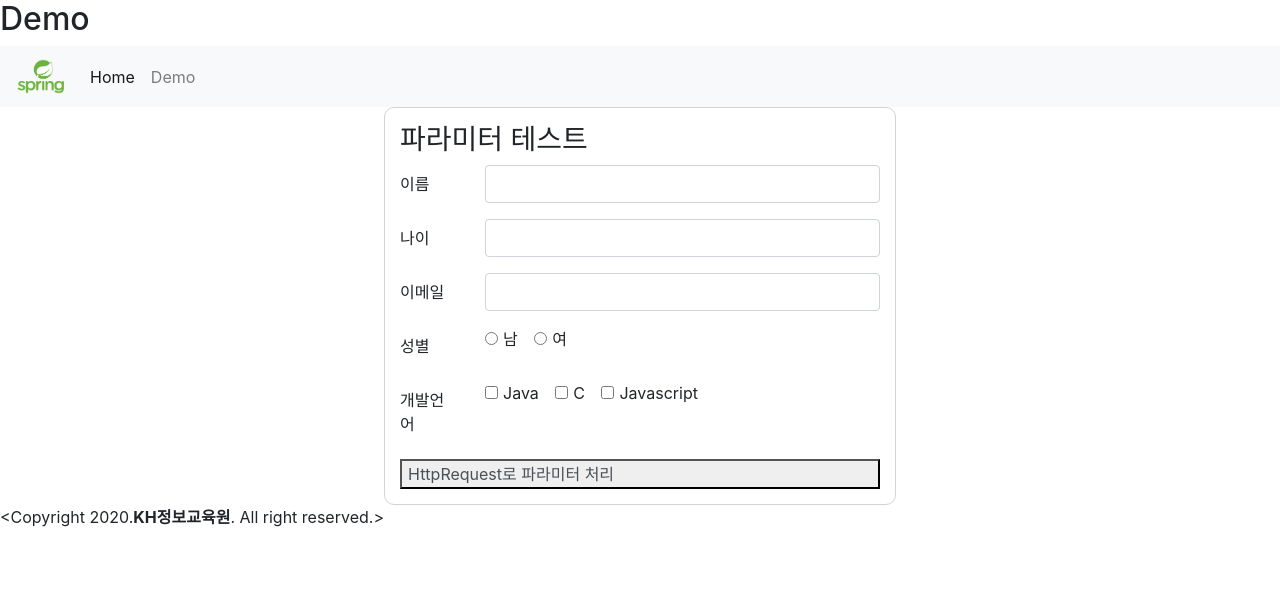
Repository: jihyun3/final_project
Page: http://localhost/01_HelloSpring/WEB-INF/views/demo/demo.jsp
These files come from the project's save history. The page is drawn as it stood at one moment and after the next save; the edit follows.
The browser window is 1280 px wide. The pictures show the whole page.
The page is served by Tomcat 9. Nobody is signed in. The template is opened directly, without the code that normally fills it, so the values that code supplies are empty.

Above is the page before, as saved 2020-10-16 05:21:11.

After the next save:
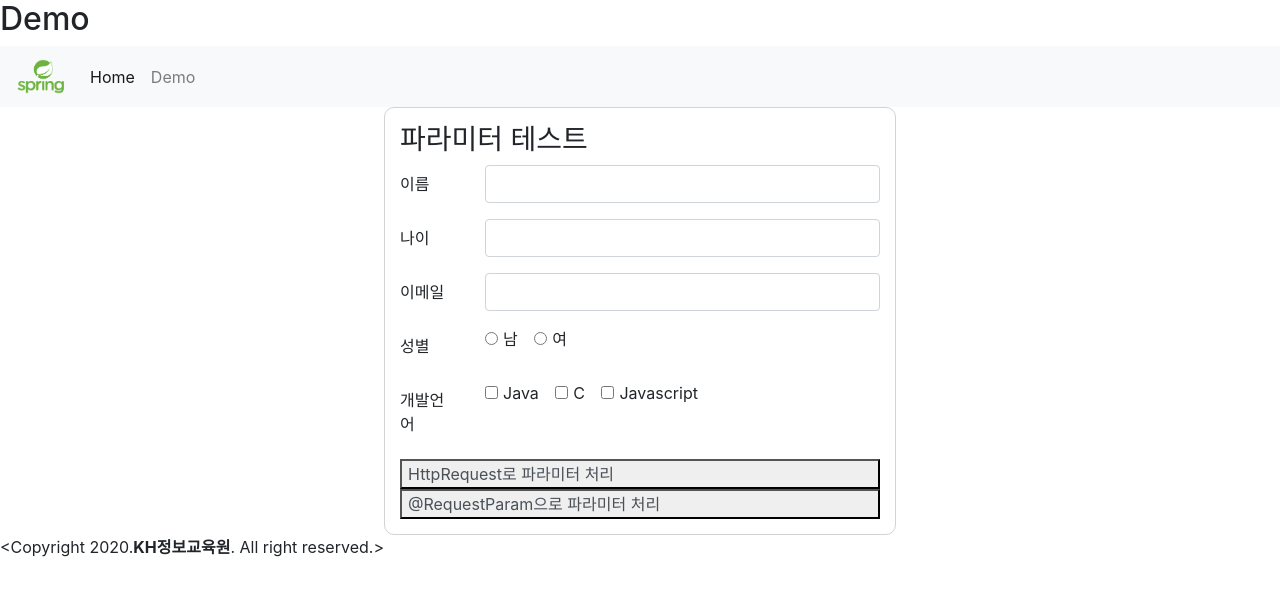
Saved 52 s later.
--- a/01_HelloSpring/src/main/webapp/WEB-INF/views/demo/demo.jsp
+++ b/01_HelloSpring/src/main/webapp/WEB-INF/views/demo/demo.jsp
@@ -79,6 +79,10 @@ div#demo-container {
 			<button type="button" onclick="demo('demo');"
 				class="list-group-item-action">HttpRequest로 파라미터 처리</button>
 		</div>
+		<div class="list-group">
+			<button type="button" onclick="demo('demo2');"
+				class="list-group-item-action">@RequestParam으로 파라미터 처리</button>
+		</div>
 	</div>
 	<script>
 		function demo(src){
